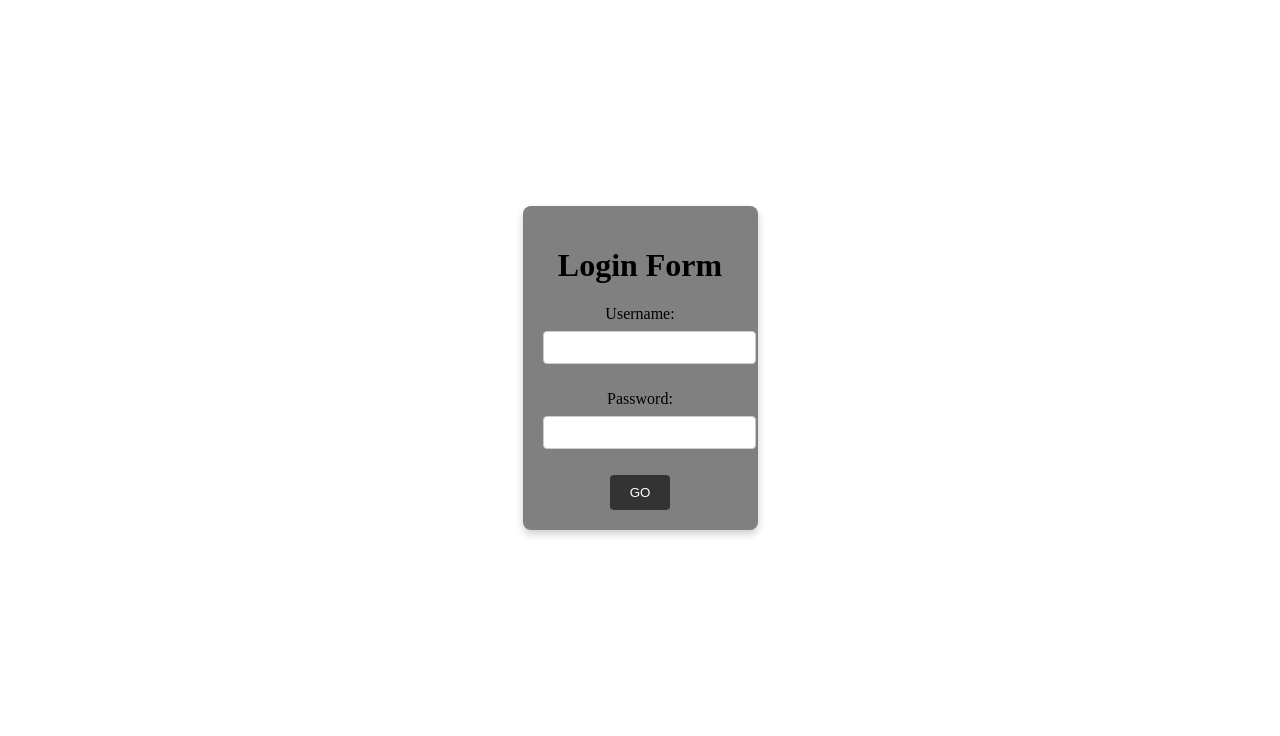
Repository: VIJAYkollu-7568/rakhi
Page: jsp/src/main/webapp/login.html
An editor plug-in stored every save of this project. The page is shown before and after the next save, followed by the edit.
The browser window is 1280 px wide. The pictures show the whole page.

Above is the page before, as saved 2024-11-07 09:07:40.

### jsp/src/main/webapp/login.html
<!DOCTYPE html>
<html lang="en">
<head>
    <meta charset="UTF-8">
    <meta name="viewport" content="width=device-width, initial-scale=1.0">
    <title>Login</title>
    <style>
        body {
            display: flex;
            align-items: center;
            justify-content: center;
            min-height: 100vh;


        }
        form {
            background-color: #808080;
            padding: 20px;
            border-radius: 8px;
            text-align: center;
            box-shadow: 0 4px 8px rgba(0, 0, 0, 0.2);
        }
        input[type="text"], input[type="password"] {
            width: 100%;
            padding: 8px;
            margin: 8px 0;
            border: 1px solid #ccc;
            border-radius: 4px;
        }
        button {
            padding: 10px 20px;
            color: #fff;
            background-color: #333;
            border: none;
            border-radius: 4px;
            cursor: pointer;
        }
        button:hover {
            background-color: #555;
        }
    </style>
</head>
<body>
    <form action="login.jsp">
        <h1>Login Form</h1>
        <label for="username">Username:</label><br>
        <input type="text" id="username" name="username" required><br><br>
        <label for="password">Password:</label><br>
        <input type="password" id="password" name="password" required><br><br>
        <button type="submit">GO</button>
    </form>
</body>
</html>

After the next save:
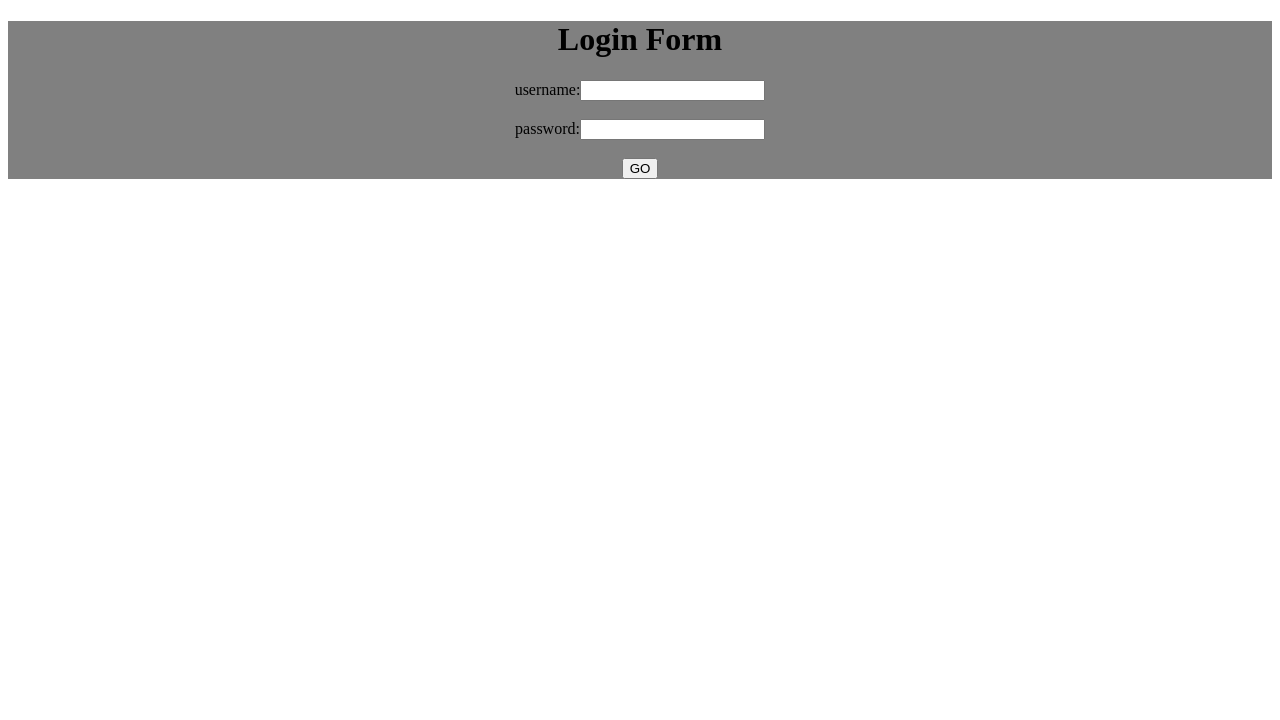
Saved 34 s later.
--- a/jsp/src/main/webapp/login.html
+++ b/jsp/src/main/webapp/login.html
@@ -1,53 +1,16 @@
 <!DOCTYPE html>
-<html lang="en">
+<html>
 <head>
-    <meta charset="UTF-8">
-    <meta name="viewport" content="width=device-width, initial-scale=1.0">
-    <title>Login</title>
-    <style>
-        body {
-            display: flex;
-            align-items: center;
-            justify-content: center;
-            min-height: 100vh;
-
-
-        }
-        form {
-            background-color: #808080;
-            padding: 20px;
-            border-radius: 8px;
-            text-align: center;
-            box-shadow: 0 4px 8px rgba(0, 0, 0, 0.2);
-        }
-        input[type="text"], input[type="password"] {
-            width: 100%;
-            padding: 8px;
-            margin: 8px 0;
-            border: 1px solid #ccc;
-            border-radius: 4px;
-        }
-        button {
-            padding: 10px 20px;
-            color: #fff;
-            background-color: #333;
-            border: none;
-            border-radius: 4px;
-            cursor: pointer;
-        }
-        button:hover {
-            background-color: #555;
-        }
-    </style>
+<meta charset="UTF-8">
+<title>login</title>
 </head>
 <body>
-    <form action="login.jsp">
-        <h1>Login Form</h1>
-        <label for="username">Username:</label><br>
-        <input type="text" id="username" name="username" required><br><br>
-        <label for="password">Password:</label><br>
-        <input type="password" id="password" name="password" required><br><br>
-        <button type="submit">GO</button>
-    </form>
+
+<form style="background-color:grey" align="center" justify-content="center" min-height: "100vh" margin="0" action="login.jsp">
+<h1>Login Form</h1>
+username:<input type ="text" name="username" required><br><br>
+password:<input type="password" name="password" required><br><br>
+<button type="submit">GO</button>
+</form>
 </body>
 </html>
